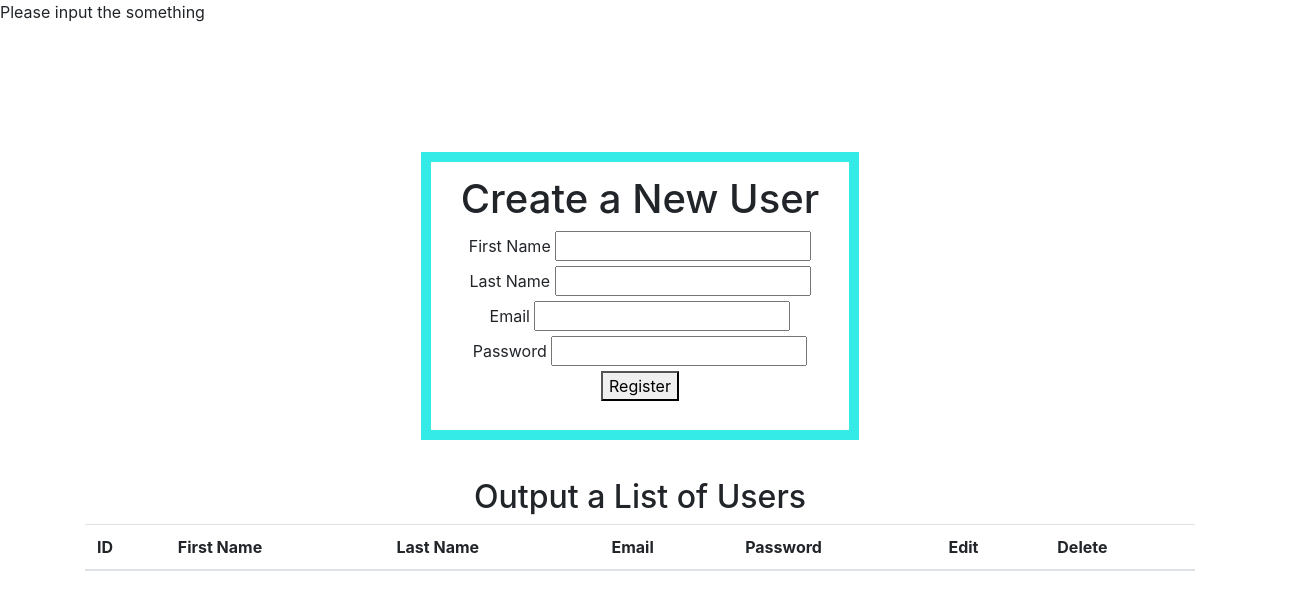
Repository: Lpanglb/COSW30
Page: http://localhost/Homework/HW6/crud_update.php
The author's editor kept a record of every edit. The page is drawn from the files as they stood at one moment, then again after the next edit.
The browser window is 1280 px wide. The page is 1295 px wide, then 1280 px, then 1295 px, so the pictures cover 1295 px, including what lies to the right of the window. The pictures show the whole page.
The page is run by PHP 8.4 with error messages shown; the project is at /var/www/html/. Queries for data that is not in the repository find no rows.

Above is the page before.

### Homework/HW6/crud_update.php
<?php
// Add the database connection

include('database.php');

/*
*   CHECK IF THE FORM HAS BEEN SUBMITTED AND INSERT
*   NEW USER INTO THE DATABASE
*/




       if(!empty($_POST['first_name']) && !empty($_POST['last_name'])){
           if($_SERVER['REQUEST_METHOD'] == 'POST') {
    $id = $_POST['user_id'];
    $first_name = $_POST['first_name'];
     $last_name = $_POST['last_name'];
      $email = $_POST['email'];
       $password = $_POST['password'];




        $insert_query = "INSERT INTO USER_LISAN(first_name,last_name,email, password)
                            VALUES ('$first_name', '$last_name', '$email','$password')";
        $result = mysqli_query($connection, $insert_query);

        if($result){
           echo '<div class="alert alert-success alert-dismissible">
    <button type="button" class="close" data-dismiss="alert">×</button>
    <strong>Success!</strong> Adding user is complete!
  </div>';

        }
            else {
                echo'error';
            }

        // $update_query = "UPDATE USER_LISAN SET first_name = '$first_name',
        //                                     last_name = '$last_name',
        //                                     email = '$email',
        //                                     password = '$password'

        //                     WHERE user_id = $id ";

}
}
else{

    echo "Please input the something";

}
/*
*   QUERY THE DATABASE AND STORE ALL USERS INTO A VARIABLE
*/
// Create your query


$query = 'SELECT * FROM USER_LISAN';


// Run your query
$result = mysqli_query($connection, $query);

// Check if the database returned anything
if($result) {
    $rows = mysqli_fetch_all($result, MYSQLI_ASSOC);
        // Output the results
      //  print_r($rows);


}

else {
    // Output an error
    echo'This is not working';
}

?>

<?php

include('header_c.php');

?>
<body>
     <div class="row row1">
         <div class= "col-*-*" col1">
             <!--closing padding top -->
         </div>
         </div>

    <div class="row ">
  <div class="col text-center">

    </div>
    </div> <!--closing col col text-->

     <div class="container-fluid">
     <div class= "row row2">
     <div class= "col col_form_right">
     <p></p>
     </div>
     <div class="col col_form col_border text-center">
     <h1>Create a New User</h1>
    <form action="crud_update.php" id="<?php ?>" method="POST">
        <label for="first_name" class=" ">First Name</label>
        <input type="text" id="first_name" name="first_name" class=" text" required><br>

        <label for="last_name" class=" ">Last Name</label>
        <input type="text" id="last_name" name="last_name" class=" " required><br>

        <label for="email" class=" ">Email    </label>
        <input type="email" id="email" name="email     " class=" " required ><br>

        <label for="password" class="">Password  </label>
        <input type="password" id="password" name="password" class=" " required ><br>

        <!--Add a second password input so the user has to retype their password -->

        <button>Register</button>

    </form>
    </div> <!--  closing form col-->

    <div class= "col col_form_left">
    <p></p>
     </div>  <!--closing col col_form_left-->


    </div> <!--closing row row2-->
    </div> <!--closing container-->

  <div class ="container list_btm text-center">

    <h2>Output a List of Users</h2>

    <table class= "table table-striped">
        <thead>
            <tr>
                <th>ID</th>
                <th>First Name</th>
                <th>Last Name</th>
                <th>Email</th>
                <th>Password</th>
                <th>Edit</th>
                <th>Delete</th>
            </tr>
        </thead>
        <tbody>
            <?php
            foreach($rows as $row)
            echo '
            <tr>
                <td>'.$row['user_id'].'</td>
                <td>'.$row['first_name'].'</td>
                <td>'.$row['last_name'].'</td>
                <td>'.$row['email'].'</td>
                <td>'.$row['password'].'</td>
                <td><button type="button" class="btn btn-outline-primary"> <a href ="update_c.php? id =' .$row['user_id'].' ">Edit</a></button></td>
                <td><button type="button" class="btn btn-outline-primary"> <a href ="delete_c.php?"  >Delete</a></button></td>

            </tr>';

            ?>

        </tbody>
    </table>
    </div>
</body>
</html>

### Homework/HW6/database.php
<?php

//Create environmnet variables

$hostname = getenv('DB_HOSTNAME');
$username = getenv('DB_USERNAME_CLASS');
$password = getenv('DB_PW_CLASS');
$dbname = getenv('DB_NAME_FULL');

//Establish the connetion to the database

$connection = mysqli_connect($hostname, $username, $password, $dbname);

?>

### Homework/HW6/header_c.php
<!doctype html>
<html>
<head>
    <title>My First CRUD</title>
    <meta charset="utf-8">
  <meta name="viewport" content="width=device-width, initial-scale=1">
  <link rel="stylesheet" href="https://maxcdn.bootstrapcdn.com/bootstrap/4.3.1/css/bootstrap.min.css">
  <script src="https://ajax.googleapis.com/ajax/libs/jquery/3.4.1/jquery.min.js"></script>
  <script src="https://cdnjs.cloudflare.com/ajax/libs/popper.js/1.14.7/umd/popper.min.js"></script>
  <script src="https://maxcdn.bootstrapcdn.com/bootstrap/4.3.1/js/bootstrap.min.js"></script>
  <style>
      A {text-decoration: none;}
      .row1{
         padding-bottom:10%;
      }
      .list_btm{ padding-top: 3%;}
      .col_border{
          border: 10px #34ebe8 solid;
          padding: 1%;
      }

  </style>
</head>

After the next edit:
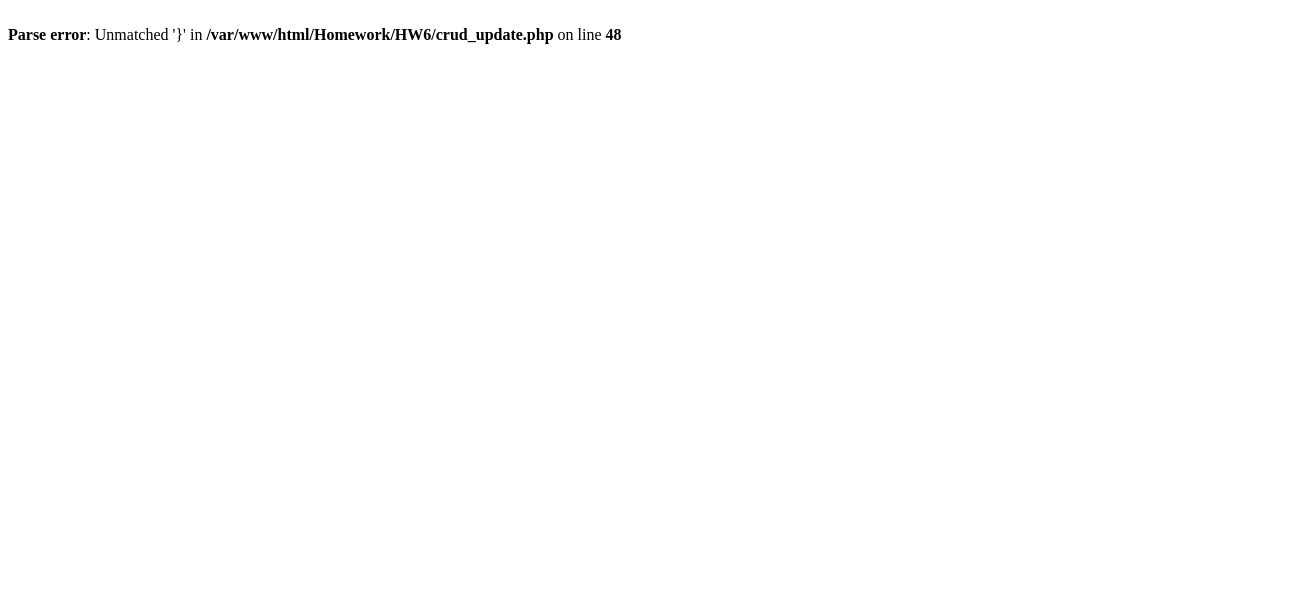
The edit:
--- a/Homework/HW6/crud_update.php
+++ b/Homework/HW6/crud_update.php
@@ -11,7 +11,7 @@
 
 
 
-       if(!empty($_POST['first_name']) && !empty($_POST['last_name'])){
+
            if($_SERVER['REQUEST_METHOD'] == 'POST') {
     $id = $_POST['user_id'];
     $first_name = $_POST['first_name'];

After the edit that followed:
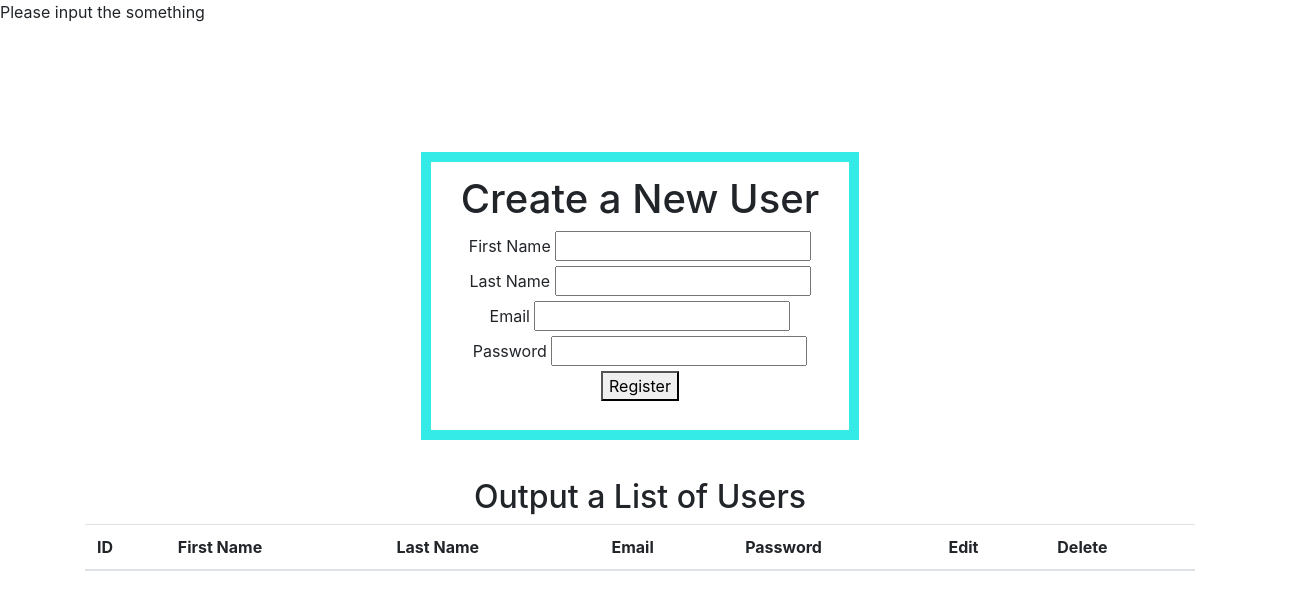
The edit:
--- a/Homework/HW6/crud_update.php
+++ b/Homework/HW6/crud_update.php
@@ -45,6 +45,10 @@
         //                     WHERE user_id = $id ";
 
 }
+
+  if(!empty($_POST['first_name']) && !empty($_POST['last_name'])){
+
+
 }
 else{
 
